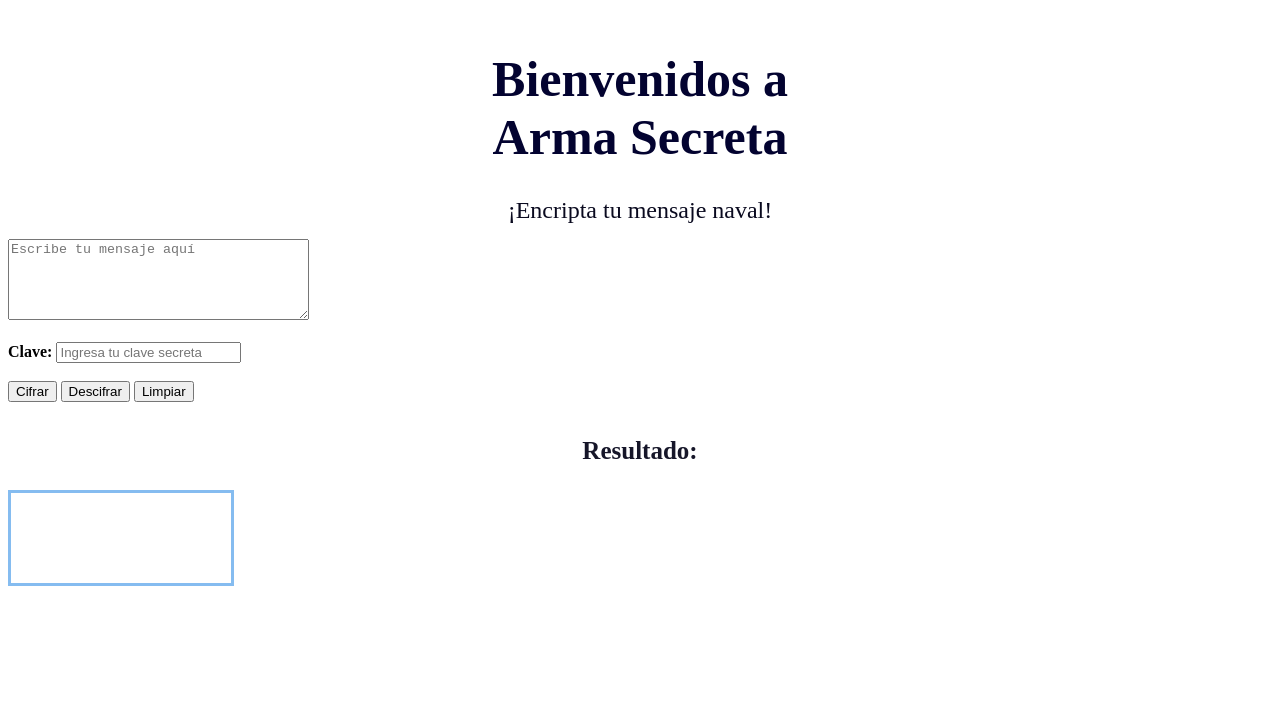
Repository: SusanaCahuantico/LIM009-Cipher
Page: src/index.html
The author's editor kept a copy of each file at every save. The page is drawn from the files as they stood at one save, then again after the next save.
The browser window is 1280 px wide. The pictures show the whole page.

Above is the page before, as saved 2025-03-05 12:05:58.

After the next save:
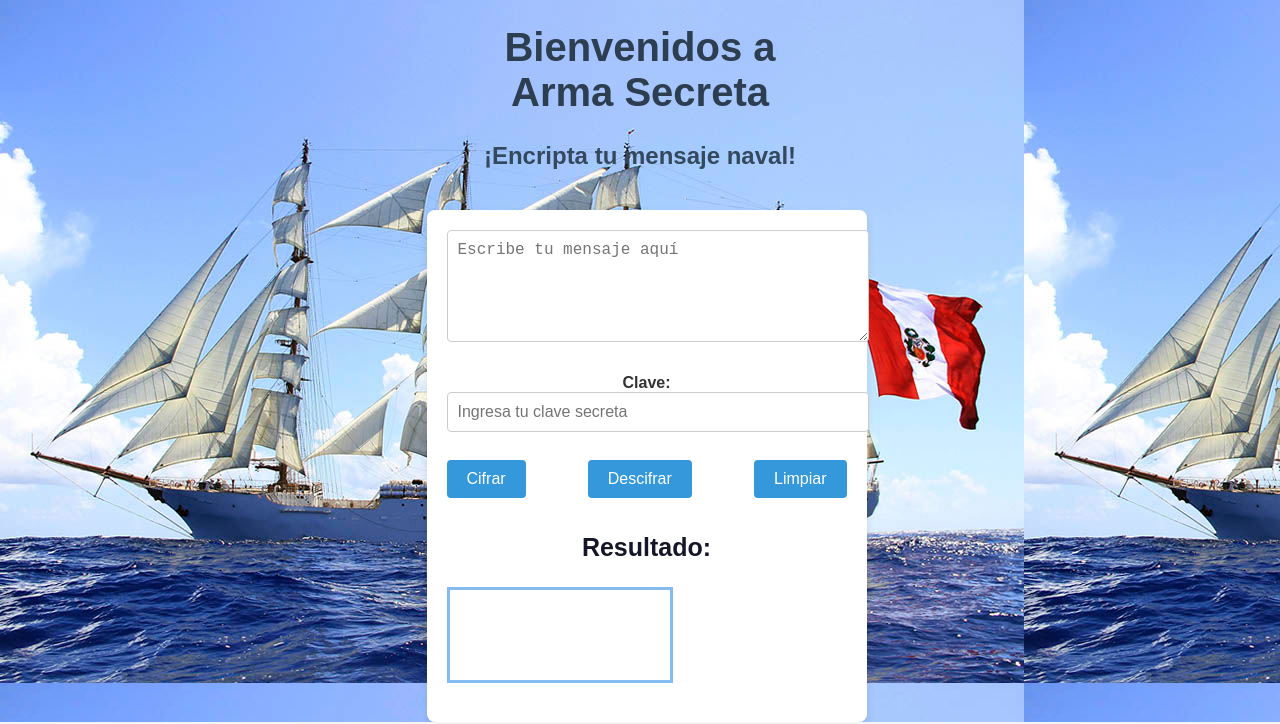
Saved 59 s later.
--- a/src/style.css
+++ b/src/style.css
@@ -1,28 +1,91 @@
 body {
-    background-position: center;
-    background-repeat: no-repeat;
-    background-attachment: fixed;
-    background-size: cover;
-}
-h1{
+    background-image: url(fondo/fondo4.jpg);
+    font-family: 'Arial', sans-serif;
+    background-color: #f4f4f4;
+    color: #333;
+    margin: 0;
+    padding: 0;
+    display: flex;
+    justify-content: center;
+    align-items: center;
+    height: 100vh;
+    flex-direction: column;
+  }
+
+  header {
     text-align: center;
-    margin-top: 50px;
-    font-size: 50px;
-    color: rgb(3, 3, 48);
-}
+    margin-bottom: 20px;
+  }
+
+  h1 {
+    font-size: 2.5rem;
+    color: #2c3e50;
+  }
+
+  h2 {
+    font-size: 1.5rem;
+    color: #34495e;
+  }
+
+  .container {
+    background-color: #fff;
+    padding: 20px;
+    border-radius: 8px;
+    box-shadow: 0 4px 8px rgba(0, 0, 0, 0.1);
+    width: 100%;
+    max-width: 400px;
+    text-align: center;
+  }
+
+  textarea {
+    width: 100%;
+    padding: 10px;
+    border-radius: 4px;
+    border: 1px solid #ccc;
+    font-size: 1rem;
+    margin-bottom: 10px;
+  }
+
+  input[type="text"] {
+    width: 100%;
+    padding: 10px;
+    border-radius: 4px;
+    border: 1px solid #ccc;
+    font-size: 1rem;
+    margin-bottom: 10px;
+  }
+
+  .buttons {
+    display: flex;
+    justify-content: space-between;
+    margin-bottom: 20px;
+  }
+
+  .btn {
+    padding: 10px 20px;
+    border: none;
+    border-radius: 4px;
+    background-color: #3498db;
+    color: #fff;
+    font-size: 1rem;
+    cursor: pointer;
+    transition: background-color 0.3s ease;
+  }
+
+  .btn:hover {
+    background-color: #2980b9;
+  }
+
+  #result {
+    font-size: 1.2rem;
+    color: #2c3e50;
+    margin-top: 20px;
+  }
+
 .cajita{
     margin: auto;
 
 }
-h2{
-    text-align: center;
-    line-height: 20px;
-    font-weight: 200;
-    color: rgb(10, 10, 31);
-}
-
-
-/*background-image: url(fondo/fondo4.jpg);*/
 
 h3{
     margin-top: 35px;
